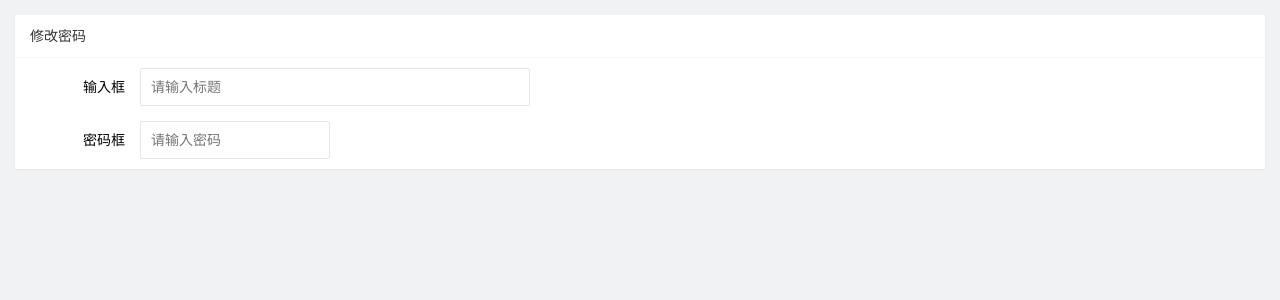
Repository: toastname/openread
Page: User/user_pwd.html
The author's editor kept a copy of each file at every save. The page is drawn from the files as they stood at one save, then again after the next save.
The browser window is 1280 px wide. The pictures show the whole page.

Above is the page before, as saved 2021-06-14 19:05:11.

### User/user_pwd.html
<!DOCTYPE html>
<html lang="en">

<head>
    <meta charset="UTF-8">
    <meta http-equiv="X-UA-Compatible" content="IE=edge">
    <meta name="viewport" content="width=device-width, initial-scale=1.0">
    <title>Document</title>
    <link rel="stylesheet" href="../lib/layui/css/layui.css">
    <link rel="stylesheet" href="../styles/User/user_pwd.css">
</head>

<body>
    <div class="layui-card">
        <div class="layui-card-header">修改密码</div>
        <div class="layui-card-body">
            <form class="layui-form" action="">
                <div class="layui-form-item">
                    <label class="layui-form-label">输入框</label>
                    <div class="layui-input-block">
                        <input type="text" name="title" required lay-verify="required" placeholder="请输入标题" autocomplete="off" class="layui-input">
                    </div>
                </div>
                <class class="layui-form-item">
                    <label class="layui-form-label">密码框</label>
                    <div class="layui-input-inline">
                        <input type="password" name="password" required lay-verify="required" placeholder="请输入密码" autocomplete="off" class="layui-input">
                    </div>
                </class>
            </form>
        </div>
    </div>
</body>

</html>

### styles/User/user_pwd.css
html,
body {
    margin: 0;
    padding: 0;
}

body {
    background-color: #f0f2f4;
    padding: 15px;
}

.layui-form {
    width: 500px;
}

Loaded but not shown: lib/layui/css/layui.css (library)

After the next save:
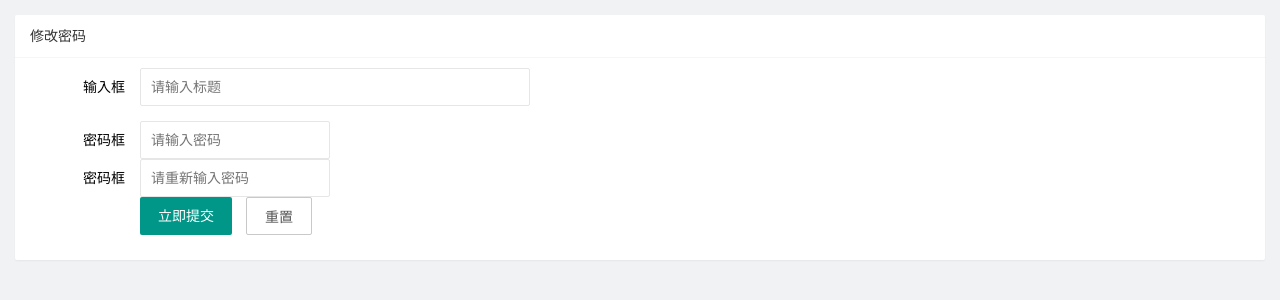
Saved 89 s later.
--- a/User/user_pwd.html
+++ b/User/user_pwd.html
@@ -27,6 +27,18 @@
                         <input type="password" name="password" required lay-verify="required" placeholder="请输入密码" autocomplete="off" class="layui-input">
                     </div>
                 </class>
+                <class class="layui-form-item">
+                    <label class="layui-form-label">密码框</label>
+                    <div class="layui-input-inline">
+                        <input type="password" name="password" required lay-verify="required" placeholder="请重新输入密码" autocomplete="off" class="layui-input">
+                    </div>
+                </class>
+                <div class="layui-form-item">
+                    <div class="layui-input-block">
+                        <button class="layui-btn" lay-submit lay-filter="formDemo">立即提交</button>
+                        <button type="reset" class="layui-btn layui-btn-primary">重置</button>
+                    </div>
+                </div>
             </form>
         </div>
     </div>
